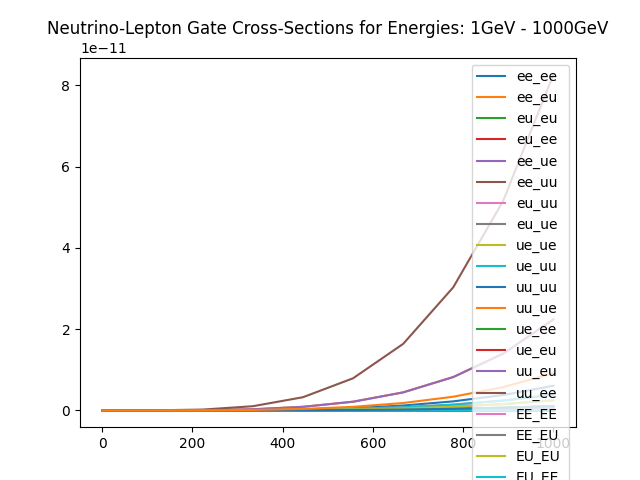
Repository: MichaelCullen2011/QuantumAndNeutrinos
Script's output: python neutrinos.py
An editor plug-in stored every save of this project. The script's output is shown before and after the next save, followed by the edit.
Random numbers start from a fixed seed.

Above is the script's output before, as saved 2021-06-02 10:54:57.

After the next save:
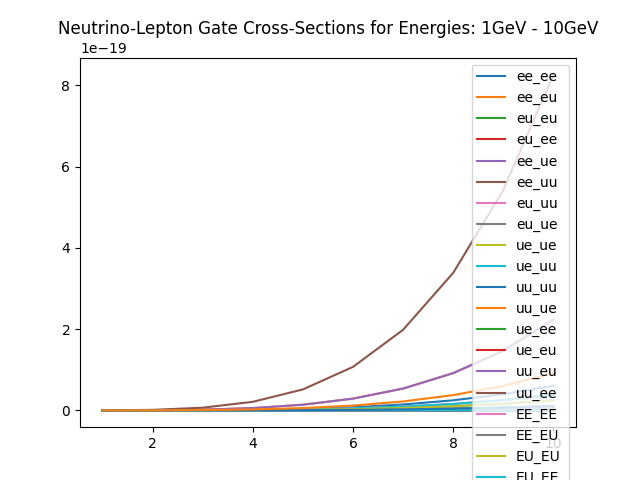
Saved 8 s later.
--- a/neutrinos.py
+++ b/neutrinos.py
@@ -379,6 +379,6 @@ Running
 
 # WaveFunctions(accuracy=20)      # Currently Broken. Doesnt plot correctly # Accuracy is the number of points within the range
 
-Gates(energy_list=np.linspace(1, 1000, 10)).calculate()         # calculates and plots gate probabilities at various energies for different interactions
+Gates(energy_list=np.linspace(1, 10, 10)).calculate()         # calculates and plots gate probabilities at various energies for different interactions
 
 plt.show()
